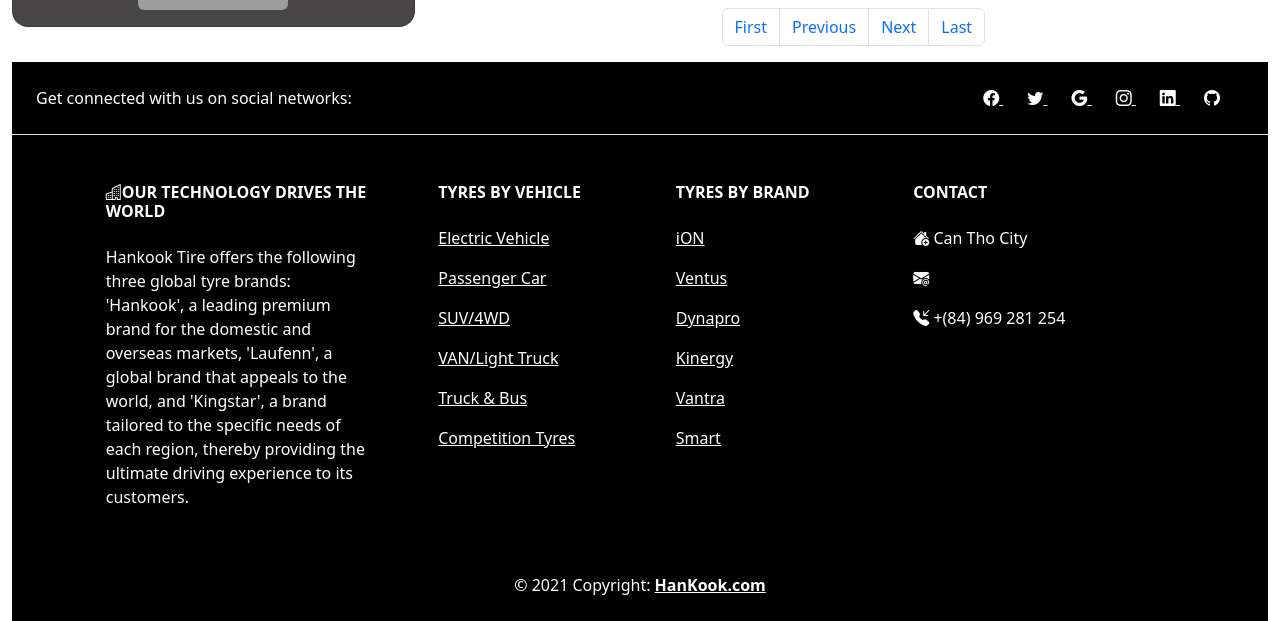
Repository: TrungAug/JAVA4
Page: myWeb/templates/editor.html
These files come from the project's save history. The page is drawn as it stood at one moment and after the next save; the edit follows.
The browser window is 1280 px wide. The pictures show the part of the page from y = 740 to 1361 px (the page is 1361 px tall).
Pictures or frames that could not be fetched are drawn as grey boxes. A picture or video elsewhere on the page could not be fetched, so the positions and the page height are approximate.

Above is the page before, as saved 2023-11-15 19:42:26.

After the next save:
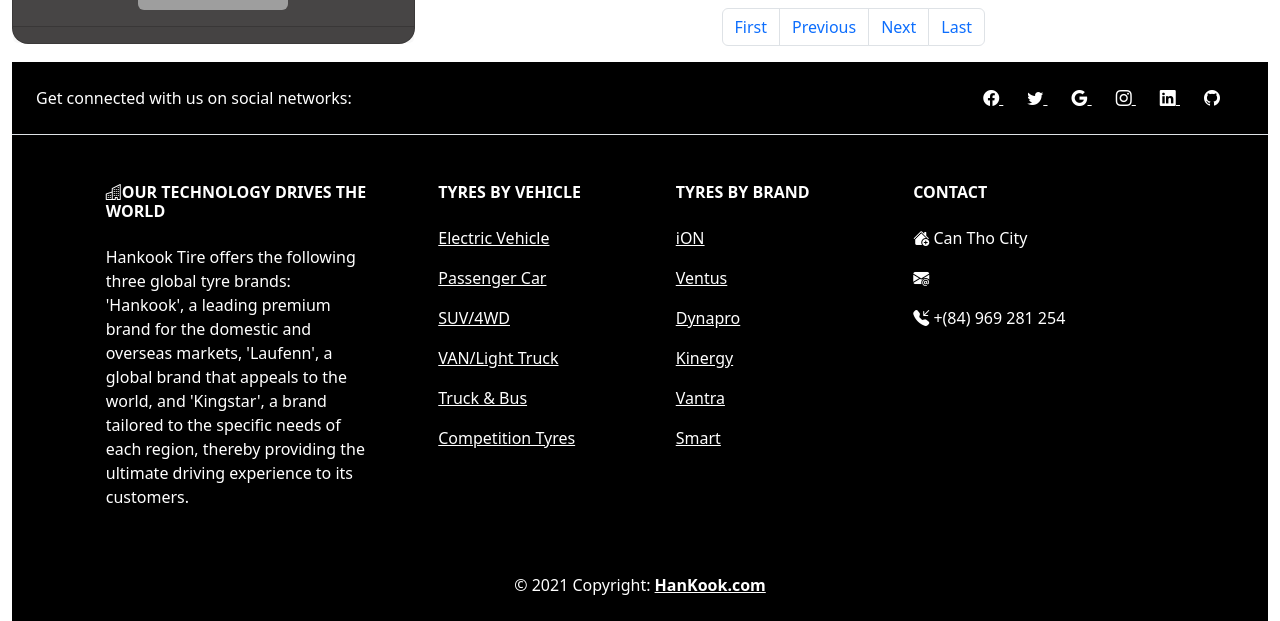
Saved 36 s later.
--- a/myWeb/templates/editor.html
+++ b/myWeb/templates/editor.html
@@ -128,6 +128,9 @@
                                     </div>
                                 </div>
                             </div>
+                            <div class="card-footer">
+
+                            </div>
                         </div>
                     </div>
                 </div>
